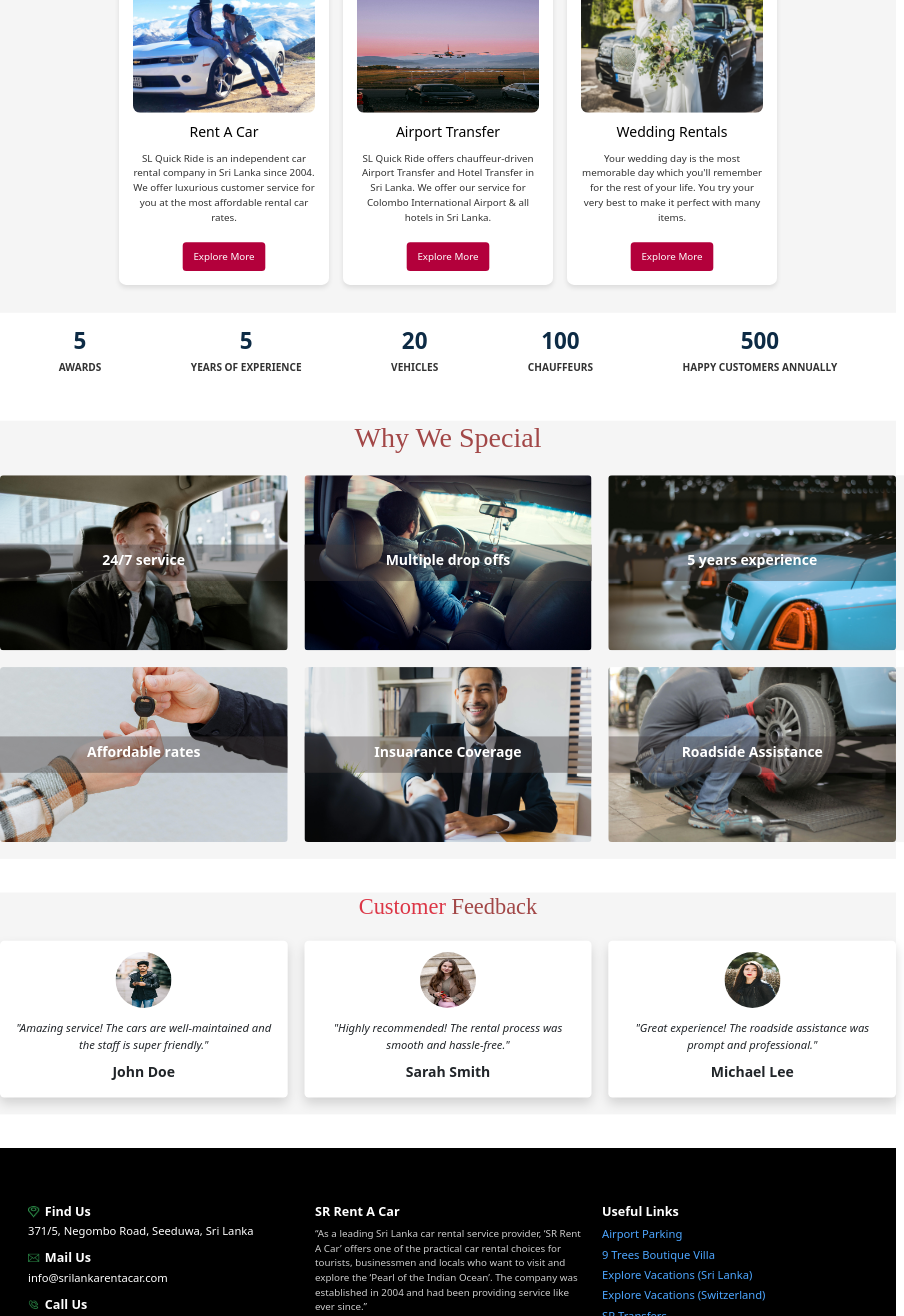
Repository: saubgayavishwanthi/Car-Renatal-Website
Page: / (app in frontend/)
An editor plug-in stored every save of this project. The page is shown before and after the next save, followed by the edit.
The browser window is 1280 px wide. The page is 1292 px wide, so the pictures cover 1292 px, including what lies to the right of the window. The pictures show the part of the page from y = 1330 to 3210 px (the page is 3727 px tall), at 70% of full size.
The project was rebuilt for these pictures with package versions that can differ from the ones it lists, and the page was loaded fresh each time. Also part of the build but not shown: frontend/src/css/Contact.css, frontend/src/components/Contact.js.

Above is the page before, as saved 2025-03-07 17:29:08.

### frontend/src/App.js
import { BrowserRouter as Router, Route, Routes } from 'react-router-dom';
import Home from './components/Home';
import Contact from './components/Contact';

import 'bootstrap/dist/css/bootstrap.min.css';
import './App.css';


function App() {
  return (
    <Router>
    <Routes>
      {/* Main Routes */}
      <Route path="/" element={< Home/>} />
      <Route path="/contact-page"element={<Contact/>}/>

    </Routes>
  </Router>
  );
}

export default App;

### frontend/src/components/MyNavbar.js
import React from "react";
import "../css/MyNavbar.css"; // Import the CSS file
import logo from "../assets/logo.png"; // Import your logo


const MyNavbar = () => {
  return (
    <nav className="navbar">
      {/* Logo on the Left */}
      <div className="logo">
        <img src={logo} alt="Logo" />
      </div>

      {/* Links on the Right */}
      <div className="nav-links">
        <a href="/">Home</a>
        <a href="#">About</a>
        <a href="#">Services</a>
        <a href="/contact-page">Contact</a>
      </div>
      <div className="phone-number">
        <p>+94704066930</p>
      </div>
    </nav>
  );
};

export default MyNavbar;

### frontend/src/components/Carousel.js
import Carousel from "react-bootstrap/Carousel";
import wedding from '../assets/carsousel/Wedding Car.jpg';
import family from '../assets/carsousel/family.jpg';
import friends from '../assets/carsousel/friends.jpg';
import frontview from '../assets/carsousel/frontview.jpg';
import sideview from '../assets/carsousel/sideview.jpg';
import first from '../assets/carsousel/first.jpg';

const CarouselComponent = () => {
  return (
    <div className="carousel-container">
      <Carousel>
        <Carousel.Item interval={3000}>
          <img
            className="d-block w-100  img-fluid"
            src={first}
            alt="First slide"
            style={{ height: "605px", objectFit: "cover" }}
          />
          <Carousel.Caption>
            <h1>SL QUICK RIDE</h1>

          <button className="btn btn-outline-light px-4 py-2" style={{
    backgroundColor: "rgba(37, 34, 34 , 0.7)",
    border: "3px solid white",
    width: "150px",
    height: "60px",
    color: "white",
    fontSize: "20px",
    fontWeight:"500" ,
    marginBottom:"100px",
  }}>Rent Now</button>
          </Carousel.Caption>
        </Carousel.Item>

        <Carousel.Item interval={3000}>
          <img
            className="d-block w-100  img-fluid"
            src={frontview}
            alt="Second slide"
            style={{ height: "605px", objectFit: "cover" }}
          />
          <Carousel.Caption>
          <h1>SL QUICK RIDE</h1>
          <button className="btn btn-outline-light px-4 py-2" style={{
    backgroundColor: "rgba(37, 34, 34 , 0.5)",
    border: "3px solid white",
    width: "150px",
    height: "60px",
    color: "white",
    fontSize: "20px",
    fontWeight:"500" ,
    marginBottom:"100px",
  }}>Rent Now</button>
          </Carousel.Caption>
        </Carousel.Item>

        <Carousel.Item interval={3000}>
          <img
            className="d-block w-100  img-fluid"
            src={family}
            alt="Third slide"
            style={{ height: "605px", objectFit: "cover" }}
          />
          <Carousel.Caption>
          <h1>SL QUICK RIDE</h1>
          <button className="btn btn-outline-light px-4 py-2" style={{
    backgroundColor: "rgba(37, 34, 34 , 0.5)",
    border: "2px solid white",
    width: "150px",
    height: "60px",
    color: "white",
    fontSize: "20px",
    fontWeight:"500" ,
    marginBottom:"100px",
  }}>Rent Now</button>
          </Carousel.Caption>
        </Carousel.Item>

        <Carousel.Item interval={3000}>
          <img
            className="d-block w-100  img-fluid"
            src={wedding}
            alt="Fourth slide"
            style={{ height: "605px", objectFit: "cover" }}
          />
          <Carousel.Caption>
          <h1>SL QUICK RIDE</h1>
          <button className="btn btn-outline-light px-4 py-2" style={{
    backgroundColor: "rgba(37, 34, 34 , 0.5)",
    border: "3px solid white",
    width: "150px",
    height: "60px",
    color: "white",
    fontSize: "20px",
    fontWeight:"500" ,
    marginBottom:"100px",
  }}>Rent Now</button>
          </Carousel.Caption>
        </Carousel.Item>

        <Carousel.Item interval={3000}>
          <img
            className="d-block w-100  img-fluid"
            src={friends}
            alt="Fifth slide"
            style={{ height: "605px", objectFit: "cover" }}
          />
          <Carousel.Caption>
          <h1>SL QUICK RIDE</h1>
          <button className="btn btn-outline-light px-4 py-2" style={{
    backgroundColor: "rgba(37, 34, 34 , 0.5)",
    border: "3px solid white",
    width: "150px",
    height: "60px",
    color: "white",
    fontSize: "20px",
    fontWeight:"500" ,
    marginBottom:"100px",
  }}>Rent Now</button>
          </Carousel.Caption>
        </Carousel.Item>
      </Carousel>
    </div>
  );
};

export default CarouselComponent;

### frontend/src/components/Footer.js
import Map from "../assets/Map.png";
import Envelope from "../assets/Envelope.png";
import Call from "../assets/call.png";
import Whatsapp from "../assets/Whatsapp.png";
import LinkedIn from "../assets/Linkedin.png";
import Facebook from "../assets/Facebook.png";
import Instagram from "../assets/Instagram.png";
import Visa from "../assets/Visa.png";
import MasterCard from "../assets/Mastercard.png";
import Maestro from "../assets/Maestro.png";
import Amex from "../assets/Amex.png";
import "../css/Footer.css";

const Footer = () => {
    return (
      <footer className="footer">
        <div className="footer-container">
          {/* Contact Info */}
          <div>
            <h3 className="footer-heading">
              <img src={Map} alt="Map" className="icon" /> Find Us
            </h3>
            <p>371/5, Negombo Road, Seeduwa, Sri Lanka</p>

            <h3 className="footer-heading">
              <img src={Envelope} alt="Envelope" className="icon" /> Mail Us
            </h3>
            <p>info@srilankarentacar.com</p>

            <h3 className="footer-heading">
              <img src={Call} alt="Call" className="icon" /> Call Us
            </h3>
            <p>+94 77 778 0729</p>

            <h3 className="footer-heading">
              <img src={Whatsapp} alt="Whatsapp" className="icon" /> Chat with us on WhatsApp
            </h3>
            <p>+94 77 778 0729</p>
          </div>

          {/* About Section */}
          <div>
            <h3 className="footer-title">SR Rent A Car</h3>
            <p className="footer-text">
              “As a leading Sri Lanka car rental service provider, ‘SR Rent A Car’ offers one of the practical car rental choices for tourists, businessmen and locals who want to visit and explore the ‘Pearl of the Indian Ocean’. The company was established in 2004 and had been providing service like ever since.”
            </p>
          </div>

          {/* Useful Links & Subscribe */}
          <div>
            <h3 className="footer-title">Useful Links</h3>
            <ul className="footer-links">
              <li><a href="#">Airport Parking</a></li>
              <li><a href="#">9 Trees Boutique Villa</a></li>
              <li><a href="#">Explore Vacations (Sri Lanka)</a></li>
              <li><a href="#">Explore Vacations (Switzerland)</a></li>
              <li><a href="#">SR Transfers</a></li>
              <li><a href="#">Euro Motors</a></li>
            </ul>

            <h3 className="footer-title">Subscribe</h3>
            <p className="footer-text">Don't miss to subscribe to our new feeds, kindly fill the form below.</p>
            <div className="subscribe">
              <input type="email" placeholder="Email Address" className="subscribe-input" />
              <button className="subscribe-button">→</button>
            </div>
          </div>
        </div>

        {/* Follow Us Section */}
        <div className="social-media">
          <h3>Follow Us On</h3>
          <div className="social-icons">
            <img src={LinkedIn} alt="LinkedIn" className="social-icon" />
            <img src={Facebook} alt="Facebook" className="social-icon" />
            <img src={Instagram} alt="Instagram" className="social-icon" />
          </div>
        </div>

        {/* Payment Methods & Copyright */}
        <div className="footer-bottom">
          <div className="payment-methods">
            <img src={Visa} alt="Visa" className="payment-icon" />
            <img src={MasterCard} alt="MasterCard" className="payment-icon" />
            <img src={Maestro} alt="Maestro" className="payment-icon" />
            <img src={Amex} alt="American Express" className="payment-icon" />
          </div>
          <p className="copyright">Copyright © 2025, All Rights Reserved <span>SL Quick Ride</span></p>
        </div>
      </footer>
    );
};

export default Footer;

### frontend/src/css/Home.css
.offer-container {
    text-align: center;
    background: #f5f5f5;
    padding: 40px 20px;
  }

  .red-text {
    color: red;
  }

  .offer-grid {
    display: flex;
    justify-content: center;
    gap: 20px;
    flex-wrap: wrap;
  }

  .offer-card {
    background: white;
    border-radius: 10px;
    box-shadow: 0 4px 8px rgba(0, 0, 0, 0.1);
    width: 300px;
    padding: 20px;
    text-align: center;
  }

  .offer-card img {
    width: 100%;
    height: 180px;
    border-radius: 10px;
  }

  .offer-card h3 {
    font-size: 20px;
    margin: 15px 0;
    color: #000;
  }

  .offer-card p {
    font-size: 14px;
    color: #333;
  }

  .explore-btn {
    background: #b3003b;
    color: white;
    padding: 10px 15px;
    border: none;
    border-radius: 5px;
    cursor: pointer;
    font-size: 14px;
    margin-top: 10px;

  }

  .explore-btn:hover {
    background: #900030;
  }

  .who-we-are-container {
    display: flex;
    max-width: 1000px;
    margin: auto;
    padding: 10px;
    gap: 10px;
    margin-top:50px;
    margin-bottom:30px;
  }

  .image-section {
    display: flex;
    flex-direction: column;
    gap: 30px;
    margin-left:20px;
  }

  .car-image {

    height: 500px;
    border-radius: 10px;
    margin-right:30px;
  }

  .text-section {
    flex: 1;
    width:300px;
    font-family: Verdana, Geneva, Tahoma, sans-serif;
    font-size:15px;
  }

  .highlight {
    color: red;
    font-weight: bold;
  }

  .brand-name {
    color: red;
  }
  .stats-container {
    display: flex;
    justify-content: space-around;
    align-items: center;
    background-color: #ffffff;
    padding: 20px;
    text-align: center;
    margin-bottom:30px;
  }

  .stat-box {
    display: flex;
    flex-direction: column;
    align-items: center;
  }

  .stat-value {
    font-size: 2rem;
    font-weight: bold;
    color: #0d2b45;
  }

  .stat-label {
    font-size: 0.9rem;
    font-weight: 600;
    color: #333;
  }

  /* Unique styles for Home Page */
.home-container {
  background-color: #f5f5f5;

}

.home-heading {
  text-align: center;
  margin: 30px 0;
  font-family: cursive;
  color: #a24747;
}

.home-image {
  background-color: #f5f5f5;
}

.home-img {
  max-height: 250px;
  object-fit: cover;
  border-radius: 5px;
}

.home-overlay {
  position: absolute;
  top: 50%;
  left: 50%;
  transform: translate(-50%, -50%);
  background-color: rgba(65, 58, 58, 0.4);
  width: 100%;
  text-align: center;
  color: white;
  padding: 10px;
}

.home-feedback {
  text-align: center;
}

.home-feedback-img {
  width: 80px;
  height: 80px;
  border-radius: 50%;
}

### frontend/src/css/MyNavbar.css
/* Navbar container */
.navbar {
  display: flex;
  justify-content: space-between;
  align-items: center;
  background-color:rgba(243, 246, 248, 0.8);
  padding: 15px 50px; /* Adjusted padding */
  box-shadow: 0 4px 6px rgba(0, 0, 0, 0.1);
  position: fixed;  /* Fix it to the top */
  top: 0;
  left: 0;
  width: 100%;
  z-index: 1000; /* Ensure it's above other elements */
}
/* Logo container */
.logo {
  display: flex;
  align-items: center;
}

/* Adjust logo size */
.logo img {
  width: 150px;
  height: 50px;
}

/* Navigation links container */
.nav-links {
  display: flex;
  gap: 30px;
  margin-right: 300px;
}

/* Individual link styling */
.nav-links a {
  text-decoration: none;
  color: black;
  font-size: 18px;
  font-weight: 500;
  transition: color 0.3s;
}

/* Hover effect */
.nav-links a:hover {
  color: #007bff;
}
.phone-number{
  color: black;
  font-size: 18px;
  font-weight: 500;
  margin-right:50px;
}

### frontend/src/css/Footer.css
.footer {
    background-color: black;
    color: white;
    padding: 40px 20px;
}

.footer-container {
    display: grid;
    grid-template-columns: 1fr;
    gap: 30px;
}

@media (min-width: 768px) {
    .footer-container {
        grid-template-columns: repeat(3, 1fr);
    }
}

.footer-heading {
    font-size: 18px;
    font-weight: bold;
    display: flex;
    align-items: center;
    margin-bottom: 5px;
}

.footer-title {
    font-size: 18px;
    font-weight: bold;
    margin-bottom: 10px;
}

.footer-text {
    font-size: 14px;
    color: #ccc;
}

.footer-links {
    list-style: none;
    padding: 0;
}

.footer-links li {
    margin-bottom: 5px;
}

.footer-links a {
    text-decoration: none;
    color: #4da6ff;
}

.footer-links a:hover {
    text-decoration: underline;
}

.subscribe {
    margin-top: 10px;
    display: flex;
}

.subscribe-input {
    padding: 8px;
    border: 1px solid #ccc;
    border-radius: 4px 0 0 4px;
    flex-grow: 1;
    background-color: #222;
    color: white;
    border: 1px solid #555;
}

.subscribe-button {
    padding: 8px 12px;
    background-color: red;
    color: white;
    border: none;
    border-radius: 0 4px 4px 0;
    cursor: pointer;
}

.subscribe-button:hover {
    background-color: darkred;
}

/* Social Media Section */
.social-media {
    text-align: center;
    padding: 20px 0;
    background-color: #111;
}

.social-media h3 {
    font-size: 18px;
    margin-bottom: 10px;
}

.social-icons {
    display: flex;
    justify-content: center;
    gap: 15px;
}

.social-icon {
    width: 40px;
    height: 40px;
}

/* Payment Methods & Copyright */
.footer-bottom {
    background-color: #222;
    text-align: center;
    padding: 15px 0;
    margin-top: 10px;
}

.payment-methods {
    display: flex;
    justify-content: center;
    gap: 15px;
    margin-bottom: 10px;
}

.payment-icon {
    width: 50px;
    height: auto;
}

.copyright {
    font-size: 14px;
    color: #aaa;
}

.copyright span {
    color: red;
    font-weight: bold;
}

/* Icon Styling */
.icon {
    width: 16px;
    height: 16px;
    margin-right: 8px;
    filter: brightness(0) saturate(100%) invert(46%) sepia(85%) saturate(364%) hue-rotate(85deg) brightness(90%) contrast(90%);
}

Loaded but not shown: frontend/public/index.html (common file); frontend/src/index.js (common file); frontend/src/index.css (common file); frontend/src/reportWebVitals.js (common file); frontend/src/components/Home.js (204 lines, source omitted); frontend/src/App.css (no stored copy; drawn as an empty file)

After the next save:
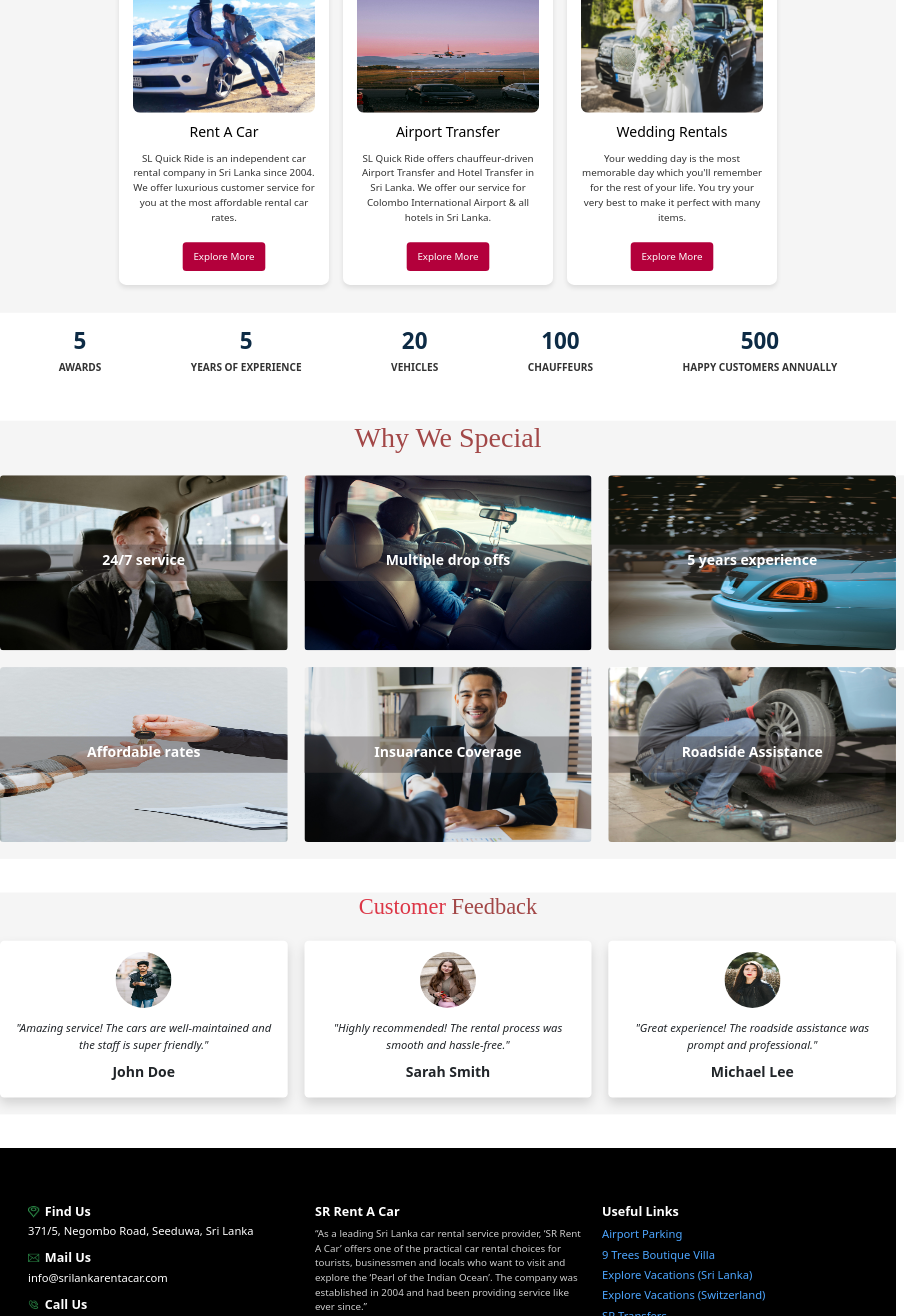
Saved 29 s later.
--- a/frontend/src/css/Home.css
+++ b/frontend/src/css/Home.css
@@ -143,7 +143,7 @@
 
 .home-img {
   max-height: 250px;
-  object-fit: cover;
+
   border-radius: 5px;
 }
 

After the save that followed:
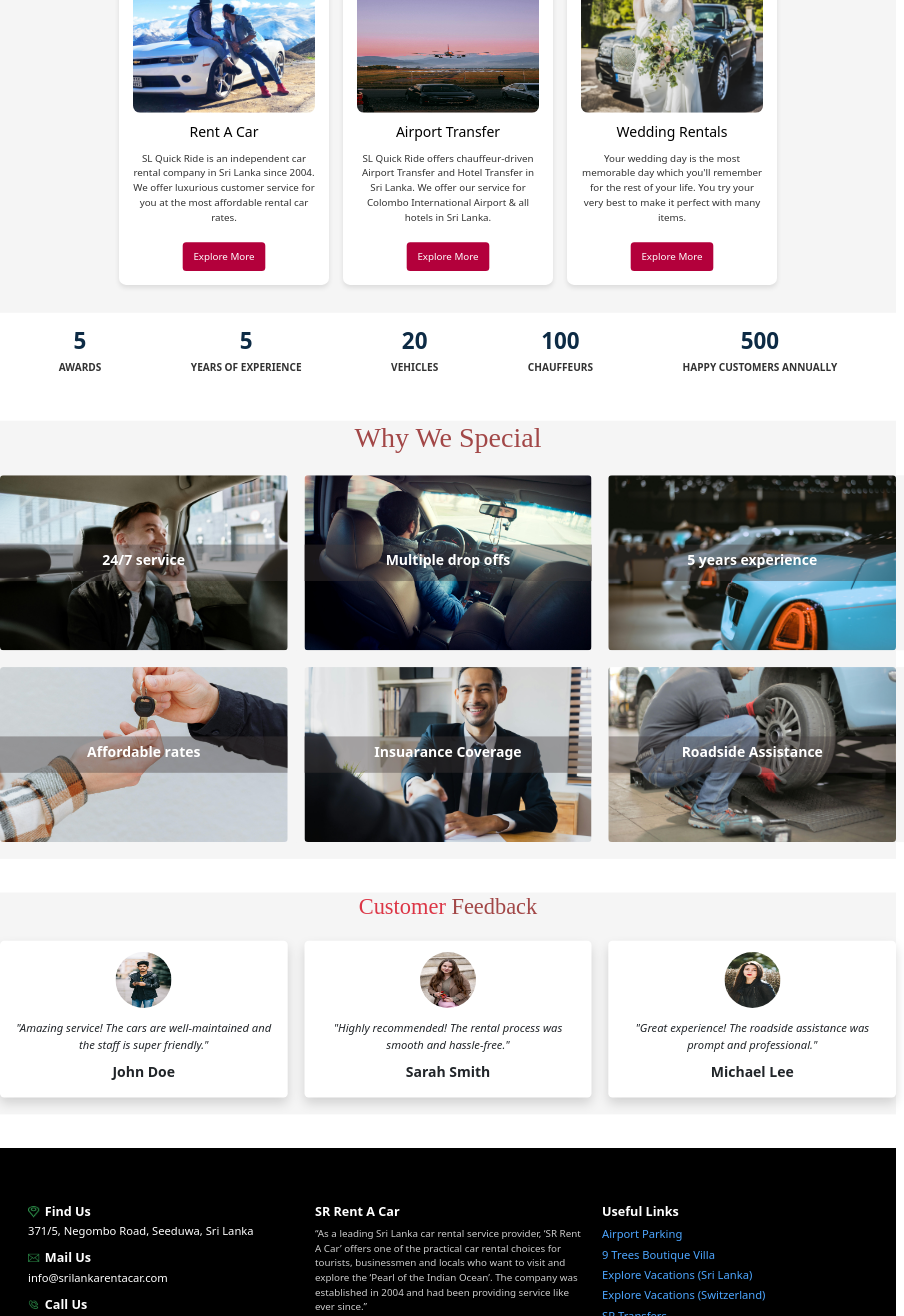
Saved 5 s later.
--- a/frontend/src/css/Home.css
+++ b/frontend/src/css/Home.css
@@ -143,7 +143,7 @@
 
 .home-img {
   max-height: 250px;
-
+  object-fit: cover;
   border-radius: 5px;
 }
 
